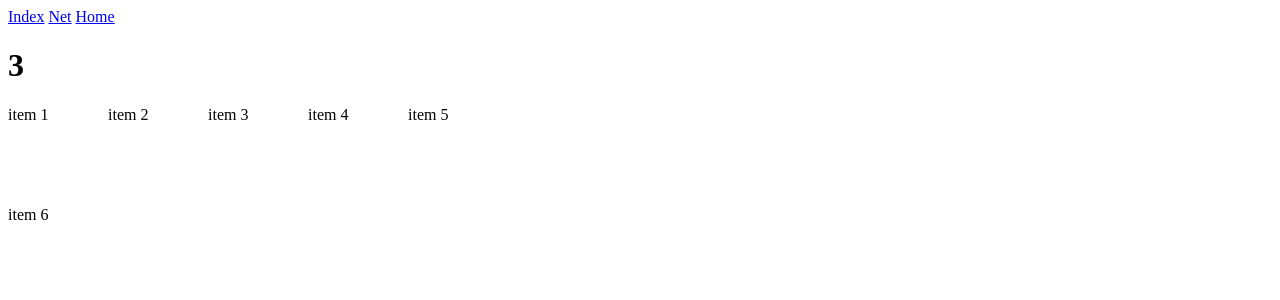
Repository: Nguyen-Toan-2004/du-an-test
Page: product.htm
An editor plug-in stored every save of this project. The page is shown before and after a run of saves, followed by the edit.
The browser window is 1280 px wide. The pictures show the whole page.

Above is the page before, as saved 2025-10-22 19:41:47.

After the next 14 saves:
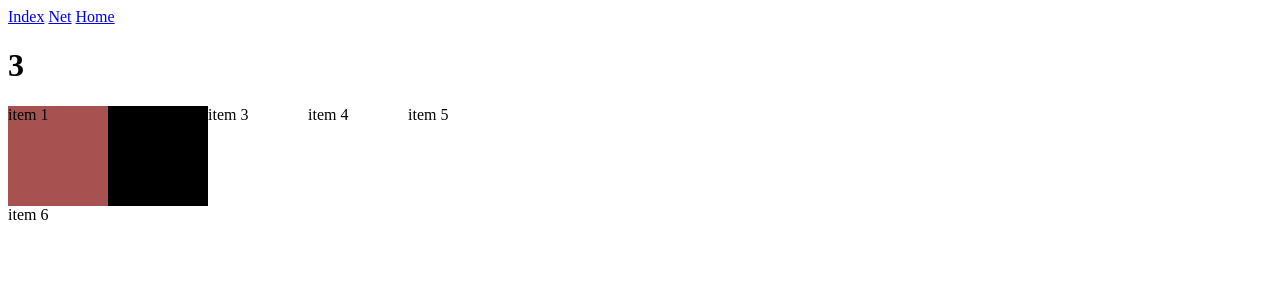
The 14 saves are shown as one change because they came seconds apart.
The last was saved 41 s later.
--- a/product.htm
+++ b/product.htm
@@ -22,7 +22,12 @@
         justify-content: center;
         align-items: center;
       }
-
+      .box1{
+        background: #a85151;
+      }
+      .box2{
+        background: #000;
+      }
     </style>
     <div class="container">
       <div class="box1">item 1</div>
